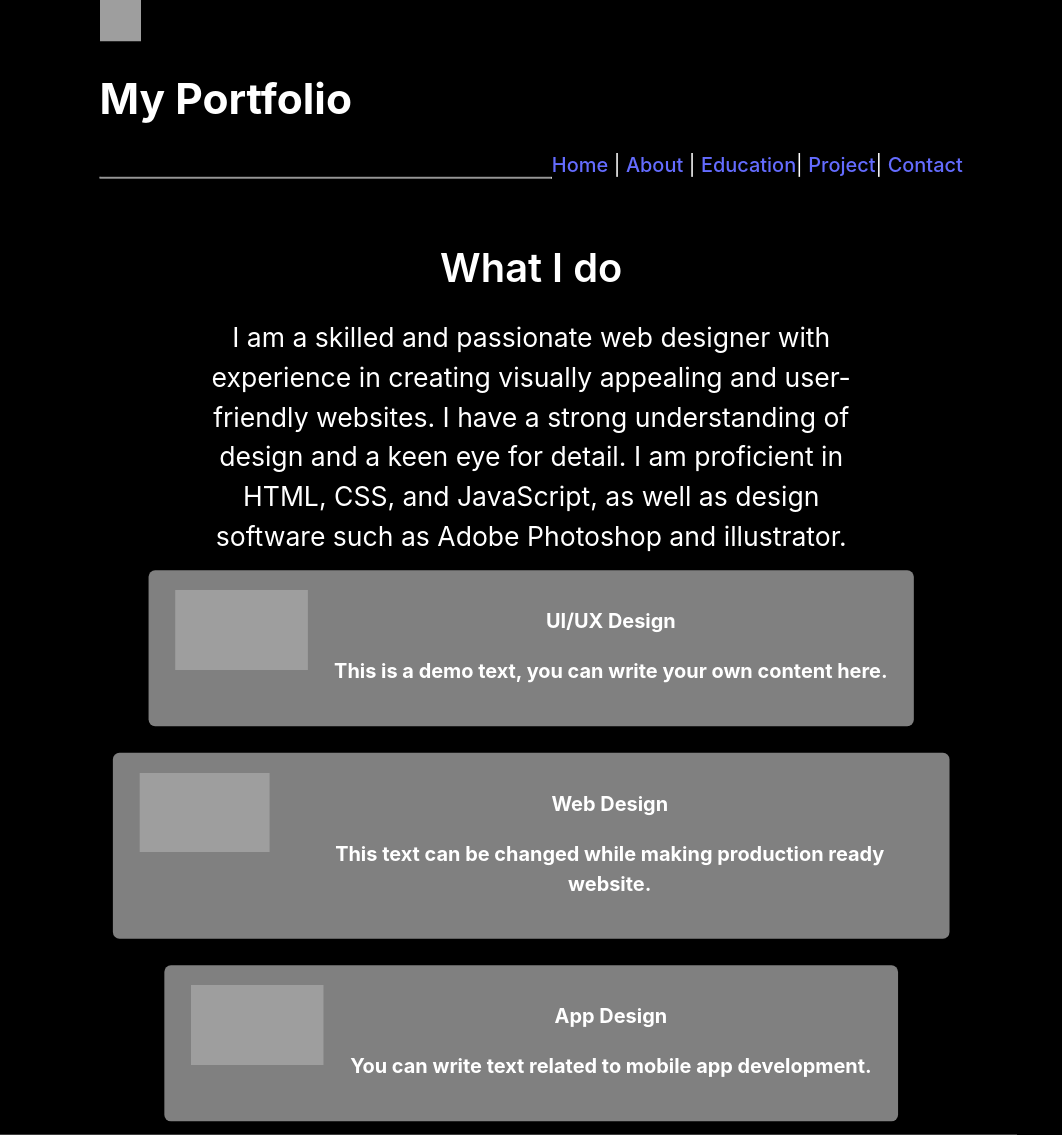
Repository: FelixChung29/ChunWaiChung_COMP229Lab2
Page: /about (app in client/)
These files come from the project's save history. The page is drawn as it stood at one moment and after a run of saves; the edit follows.
The browser window is 1280 px wide. The pictures show the whole page, at 83% of full size.
Pictures or frames that could not be fetched are drawn as grey boxes. The project was rebuilt for these pictures with package versions that can differ from the ones it lists, and the page was loaded fresh each time. Also part of the build but not shown: client/vite.config.js, client/components/Home.jsx, client/src/contact.jsx, client/src/education.jsx, client/src/project.css, client/src/project.jsx.

Above is the page before, as saved 2024-09-26 17:14:50.

After the next 4 saves:
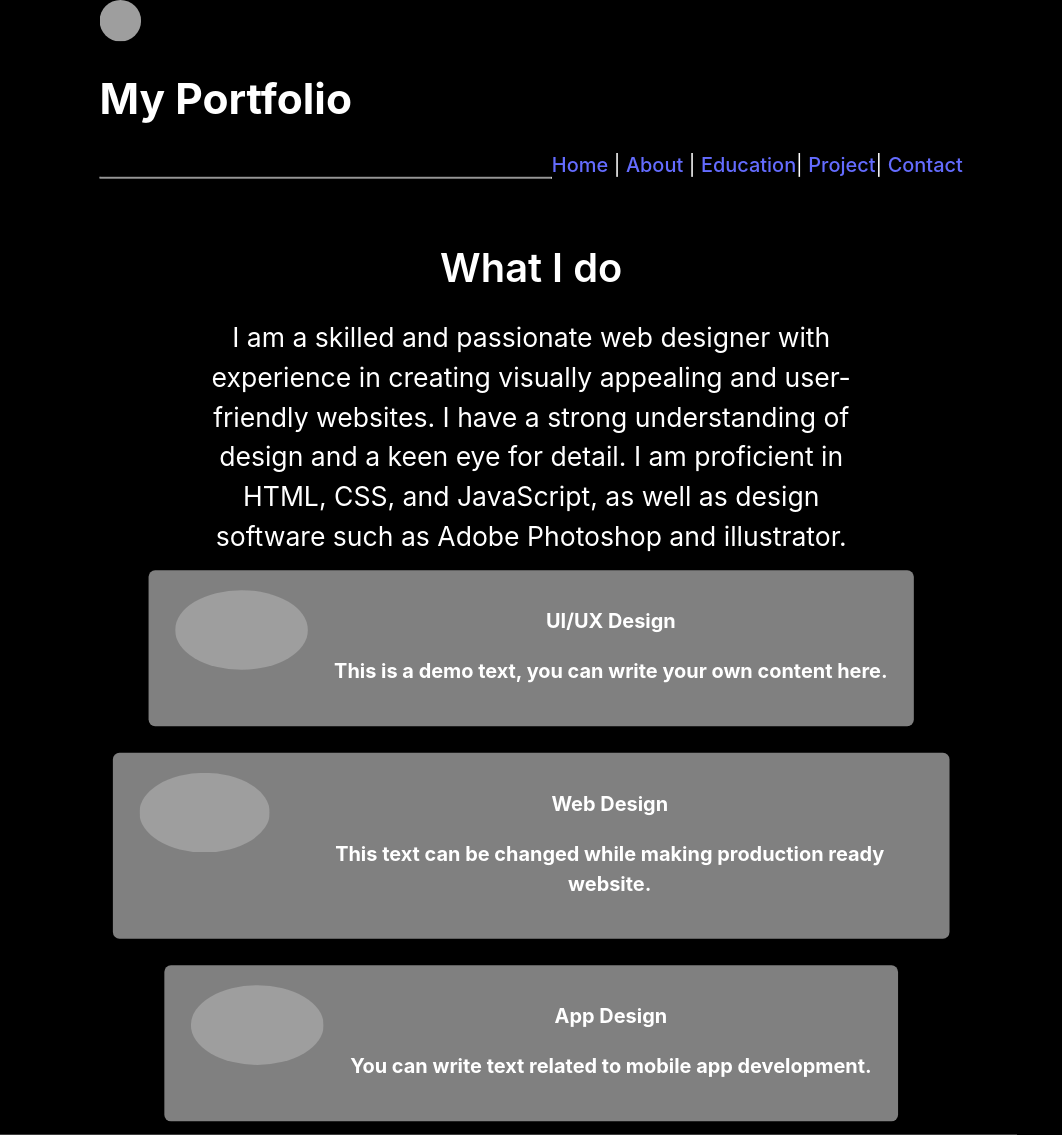
The 4 saves are shown as one change because they came seconds apart.
The last was saved 9 s later.
--- a/client/src/index.css
+++ b/client/src/index.css
@@ -138,5 +138,5 @@ font-size:x-large;
 }
 
 img{
-border-radius: ;
+border-radius: 50%;
 }
